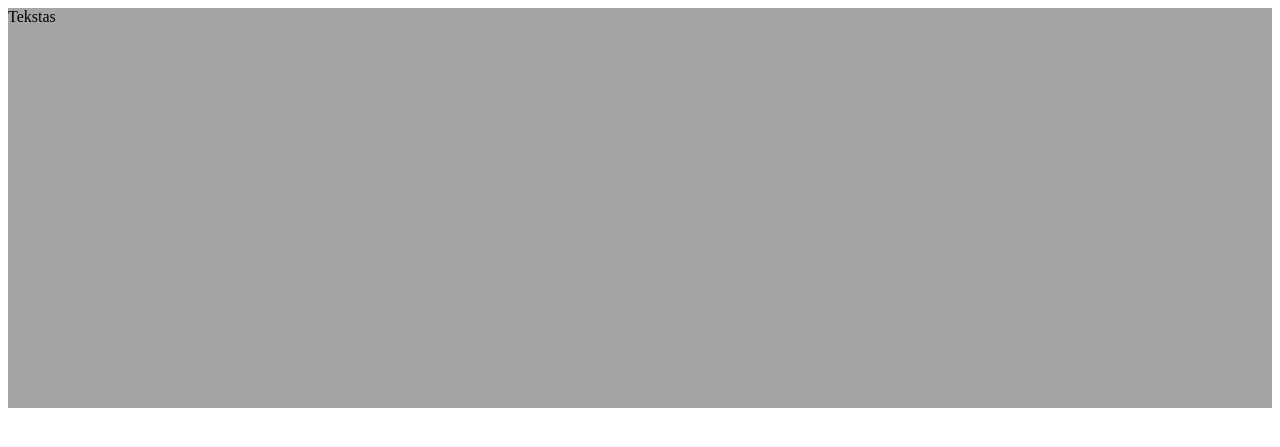
Repository: motiejus1/13-paskaita-05.31
Page: index.html
These files come from the project's save history. The page is drawn as it stood at one moment and after the next save; the edit follows.
The browser window is 1280 px wide. The pictures show the whole page.

Above is the page before, as saved 2021-06-21 18:54:40.

### index.html
<!DOCTYPE html>
<html lang="en">
<head>
    <meta charset="UTF-8">
    <meta http-equiv="X-UA-Compatible" content="IE=edge">
    <meta name="viewport" content="width=device-width, initial-scale=1.0">
    <title>13 paskaita</title>
    <style>
        .container {
            height: 300px;
            background-color: rgb(165, 165, 165) ;
            position: absolute;
        }

        .container1 {
            height: 400px;
            background-color: rgb(165, 165, 165) ;
        }
    </style>


</head>

<body>
<!-- position relative ir position absolute -->

<div class="container">
Tekstas
</div>

<div class="container1">
    Tekstas
</div>

</body>
</html>

After the next save:
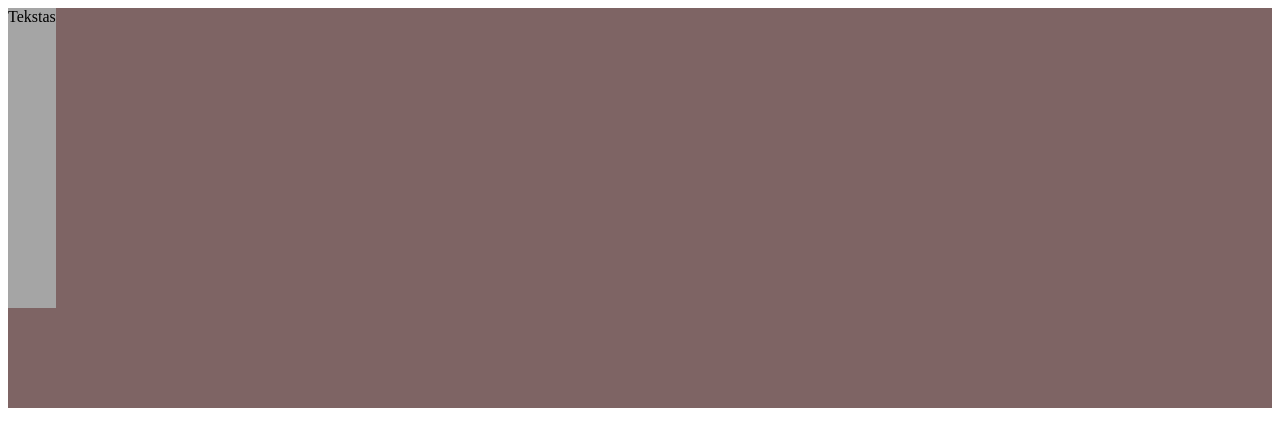
Saved 4 s later.
--- a/index.html
+++ b/index.html
@@ -14,7 +14,7 @@
 
         .container1 {
             height: 400px;
-            background-color: rgb(165, 165, 165) ;
+            background-color: rgb(126, 100, 100) ;
         }
     </style>
 
